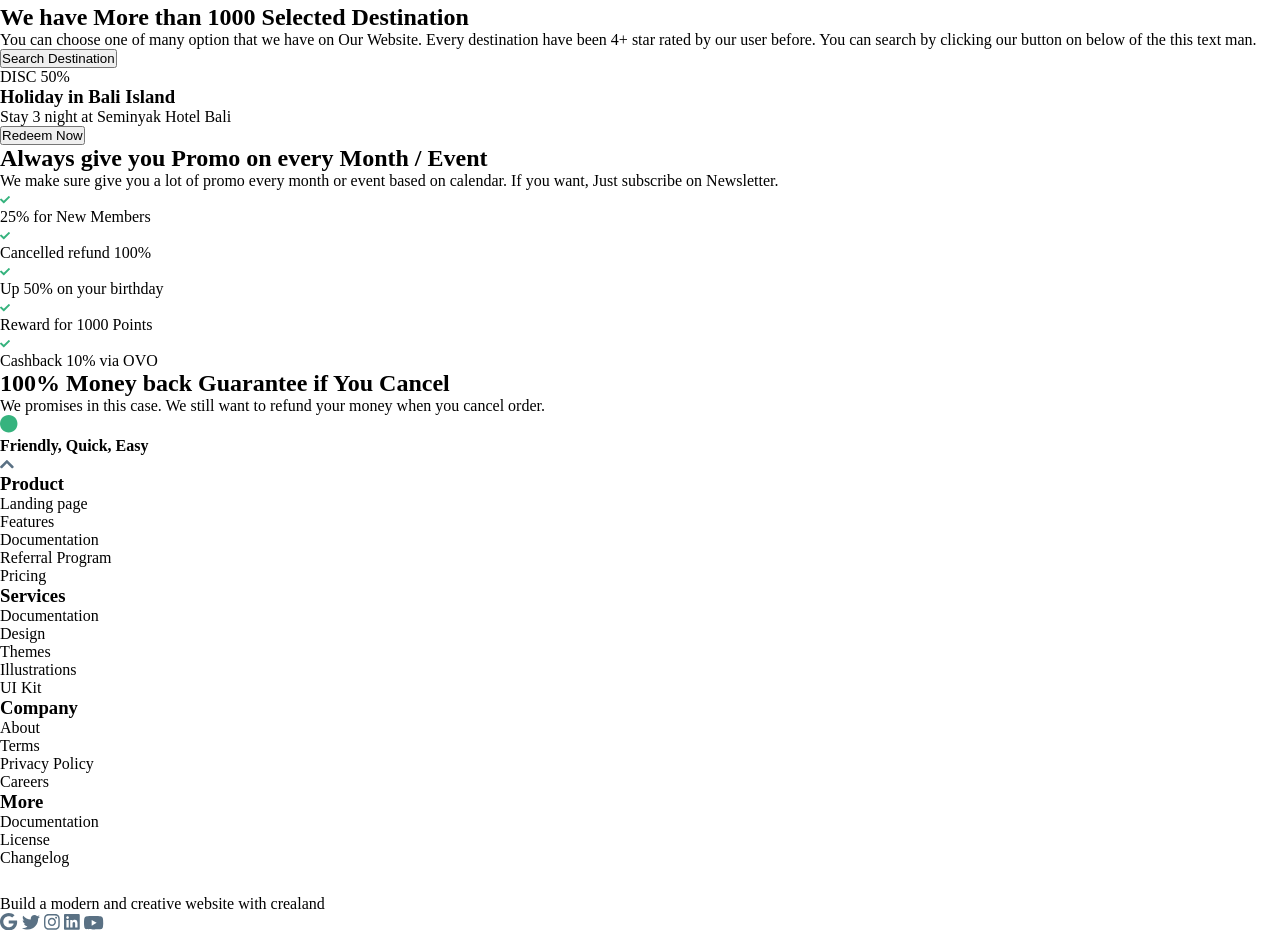
Repository: daviHmoraes/frontcomtailwind
Page: index.html
These files come from the project's save history. The page is drawn as it stood at one moment and after a run of saves; the edit follows.
The browser window is 1280 px wide. The pictures show the part of the page from y = 4276 to 5228 px (the page is 5210 px tall before and 5228 px after).
A picture or video elsewhere on the page could not be fetched, so the positions and the page height are approximate.

Above is the page before, as saved 2026-08-31 18:33:22.

### index.html
<!DOCTYPE html>
<html lang="en">
<head>
    <meta charset="UTF-8">
    <meta name="viewport" content="width=device-width, initial-scale=1.0">
    <title>Ehya - Home Page</title>
    <link rel="stylesheet" href="/css/style.css">
</head>
<body>

    <header>

        <section class="header">
            <img src="/img/Logo.svg" alt="Ehya Company Logo">
            <img src="/img/hamburguer-menu.svg" alt="Hamburguer menu Icon">
        </section>

        <section class="hero">

            <div class="hero-content">
                <h1>
                    Start Exploring to
                    Find Inner Peace
                    by Traveling
                </h1>

                <p>
                    Lost yourself with Vacation and
                    Travel into the place that you never
                    visit before. We have thousand
                    places in our database for you.
                </p>
            </div>

            <div class="form-card">

                <img src="/img/background-image.png" alt="Beach Background Image">

                <h2>
                    You can start search here
                </h2>

                <p>
                    Find thousand destination for travelling
                    with best prices. Apply “EHYA50” Code
                    on Payment Process.
                </p>

                <form>
                    <label for="where">Where</label><br>
                    <input type="text" id="where" name="where"><br>

                    <label for="checkin">Check In</label><br>
                    <input type="date" id="checkin" name="checkin"><br>

                    <label for="checkout">Check Out</label><br>
                    <input type="date" id="checkout" name="checkout"><br>

                    <label for="guests">Guests</label><br>
                    <input type="text" id="guests" name="guests"><br>

                    <input type="submit" id="submit">
                </form>
            </div>

            <img src="/img/circle.svg" alt="Circle Around the Arrow Icon">
            <img src="/img/south-arrow.svg" alt="South Pointing Arrow">

        </section>
    </header>

    <main>

        <section class="benefits">
            <h2>
                Travelya Benefit
                for User
            </h2>

            <p>
                We are self-service data analytics
                software that lets you create visually
                appealing data visualizations and
                insightful dashboards in minutes.
            </p>

            <div class="cards">
                <div class="card">
                    <img src="/img/card-icon/cheap-icon.svg" alt="Label Icon">

                    <div class="card-content">
                        <h3>
                            Cheap than Other
                        </h3>
                        <p>
                            Travelya is cheaper than other
                            travel agency.
                        </p>
                    </div>
                </div>

                <div class="card">
                    <img src="/img/card-icon/secure-icon.png" alt="Shield Icon">

                    <div class="card-content">
                        <h3>
                            Secure Payment
                        </h3>
                        <p>
                            You can pay your book without
                            doubt again.
                        </p>
                    </div>
                </div>

                <div class="card">
                    <img src="/img/card-icon/free-icon.svg" alt="AC Icon">

                    <div class="card-content">
                        <h3>
                            Free Amenities
                        </h3>
                        <p>
                            We guarantee you can give free amenities wherever
                            you are.
                        </p>
                    </div>
                </div>

                <div class="card">
                    <img src="/img/card-icon/top-icon.svg" alt="Crown Icon">

                    <div class="card-content">
                        <h3>
                            Top Rated
                        </h3>
                        <p>
                            Only show best destination
                            with 1000+ super review user
                        </p>
                    </div>
                </div>

                <div class="card">
                    <img src="/img/card-icon/best-icon.svg" alt="Medal Icon">

                    <div class="card-content">
                        <h3>
                            Best Offers
                        </h3>
                        <p>
                            Inform you about all best
                            offers for all destination
                        </p>
                    </div>
                </div>

                <div class="card">
                    <img src="/img/card-icon/easy-icon.svg" alt="Like Icon">

                    <div class="card-content">
                        <h3>
                            Easy Book
                        </h3>
                        <p>
                            Follow flow, Click, Pay. Wait.
                            Just wait e-ticket
                        </p>
                    </div>
                </div>

                <div class="card">
                    <img src="/img/card-icon/refund-icon.svg" alt="Hands Shell Icon">

                    <div class="card-content">
                        <h3>
                            Fast Refund
                        </h3>
                        <p>
                            If you canceled. We can refund
                            your money 1x12
                        </p>
                    </div>
                </div>

                <div class="card">
                    <img src="/img/card-icon/support-icon.svg" alt="Headphone Icon">

                    <div class="card-content">
                        <h3>
                            24/7 Support
                        </h3>
                        <p>
                            We’re ready help you anytime
                            and anywhere you are.
                        </p>
                    </div>
                </div>
            </div>
        </section>

        <section class="popular-destinations">
            <h2>
                Popular Destinations
            </h2>

            <div class="destinations">
                <div class="destination">
                    <img src="/img/destinations/venice.png" alt="Aerial Footage of Venice - Italy">
                    <h3>
                        Venice, Italy
                    </h3>
                    <p>
                        Travelling into the popular river in Italy
                    </p>
                    <button class="see-offers">
                        See Offers
                    </button>
                </div>

                <div class="destination">
                    <img src="/img/destinations/paris.png" alt="Aerial Footage of Paris - France">
                    <h3>
                        Paris, France
                    </h3>
                    <p>
                        Romance in popular world landmark
                    </p>
                    <button class="see-offers">
                        See Offers
                    </button>
                </div>

                <div class="destination">
                    <img src="/img/destinations/bali.png" alt="Aerial Footage of Bali - Indonesia">
                    <h3>
                        Bali, Indonesia
                    </h3>
                    <p>
                        See best sunset ver in the world
                    </p>
                    <button class="see-offers">
                        See Offers
                    </button>
                </div>

                <div class="destination">
                    <img src="/img/destinations/bali.png" alt="Aerial Footage of Santorini - Greece">
                    <h3>
                        Santorini, Greece
                    </h3>
                    <p>
                        Visit the 1000 Gods Country
                    </p>
                    <button class="see-offers">
                        See Offers
                    </button>
                </div>
            </div>

            <div class="see-offers">
                <a href="#">See All Offers</a>
                <img src="/img/east-arrow.svg" alt="East Pointing Arrow">
            </div>
        </section>

        <section class="about-travelya">
            <h3>
                ABOUT TRAVELYA
            </h3>

            <h2>
                Everyone Needs Travel. Needs a Holiday.
                Want to Break Free for a While
            </h2>

            <img src="/img/recommended-destination.png" alt="Beach Umbrella Footage">

            <div>
                <img src="/img/search.svg" alt="Search Bloom Icon">
                <p>Recommended Destination</p>
            </div>

            <h2>
                We have More than 1000
                Selected Destination
            </h2>

            <p>
                You can choose one of many option
                that we have on Our Website. Every
                destination have been 4+ star rated
                by our user before. You can search
                by clicking our button on below of
                the this text man.
            </p>

            <button class="search-destination">
                Search Destination
            </button>

            <div class="holiday-card">
                <span class="discount">DISC 50%</span>
                <h3>
                    Holiday in Bali Island
                </h3>
                <p>
                    Stay 3 night at Seminyak Hotel Bali
                </p>
                <button class="redeem-now">Redeem Now</button>
            </div>

            <div class="promo">
                <h2>
                    Always give you Promo
                    on every Month / Event
                </h2>
                <p>
                    We make sure give you a lot of
                    promo every month or event based
                    on calendar. If you want, Just
                    subscribe on Newsletter.
                </p>

                <div class="pros">
                    <img src="/img/pros-icon.svg" alt="Right Simbol Icon">
                    <p>25% for New Members</p>
                </div>

                <div class="pros">
                    <img src="/img/pros-icon.svg" alt="Right Simbol Icon">
                    <p>Cancelled refund 100%</p>
                </div>

                <div class="pros">
                    <img src="/img/pros-icon.svg" alt="Right Simbol Icon">
                    <p>Up 50% on your birthday</p>
                </div>

                <div class="pros">
                    <img src="/img/pros-icon.svg" alt="Right Simbol Icon">
                    <p>Reward for 1000 Points</p>
                </div>

                <div class="pros">
                    <img src="/img/pros-icon.svg" alt="Right Simbol Icon">
                    <p>Cashback 10% via OVO</p>
                </div>
            </div>
        </section>

        <section class="money-back">
            <h2>100% Money back
                Guarantee if You
                Cancel
            </h2>

            <p>
                We promises in this case. We still
                want to refund your money when
                you cancel order.
            </p>

            <div class="faqs">
                <div class="selected-faq">
                    <div class="faq-header">
                        <img src="/img/filled-green-circle.svg" alt="Filled Green Circle">
                        <h4>Friendly, Quick, Easy</h4>
                        <img src="/img/chevron-up.svg" alt="Chevron Pointing Up">
                    </div>
                </div>
            </div>

        </section>

    </main>

    <footer>
        <div class="redirects">
            <article>
                <h3>Product</h3>
                <p>Landing page</p>
                <p>Features</p>
                <p>Documentation</p>
                <p>Referral Program</p>
                <p>Pricing</p>
            </article>

            <article>
                <h3>Services</h3>
                <p>Documentation</p>
                <p>Design</p>
                <p>Themes</p>
                <p>Illustrations</p>
                <p>UI Kit</p>
            </article>

            <article>
                <h3>Company</h3>
                <p>About</p>
                <p>Terms</p>
                <p>Privacy Policy</p>
                <p>Careers</p>
            </article>

            <article>
                <h3>More</h3>
                <p>Documentation</p>
                <p>License</p>
                <p>Changelog</p>
            </article>
        </div>

        <div class="footer-content">
            <img src="/img/logo.svg" alt="Logo da empresa Ehya">

            <p>
                Build a modern and creative website with crealand
            </p>

            <div class="contacts">
                <img src="/img/footer-icons/google.svg" alt="Redirect Contact Google icon">
                <img src="/img/footer-icons/twitter.svg" alt="Redirect Contact Twitter icon">
                <img src="/img/footer-icons/instagram.svg" alt="Redirect Contact Instagram icon">
                <img src="/img/footer-icons/linkedin.svg" alt="Redirect Contact Linkedin icon">
                <img src="/img/footer-icons/youtube.svg" alt="Redirect Contact Youtube icon">
            </div>

        </div>

    </footer>

</body>
</html>

### css/style.css
* {
    margin: 0;
    padding: 0;
    overflow-x: hidden;
}

After the next 5 saves:
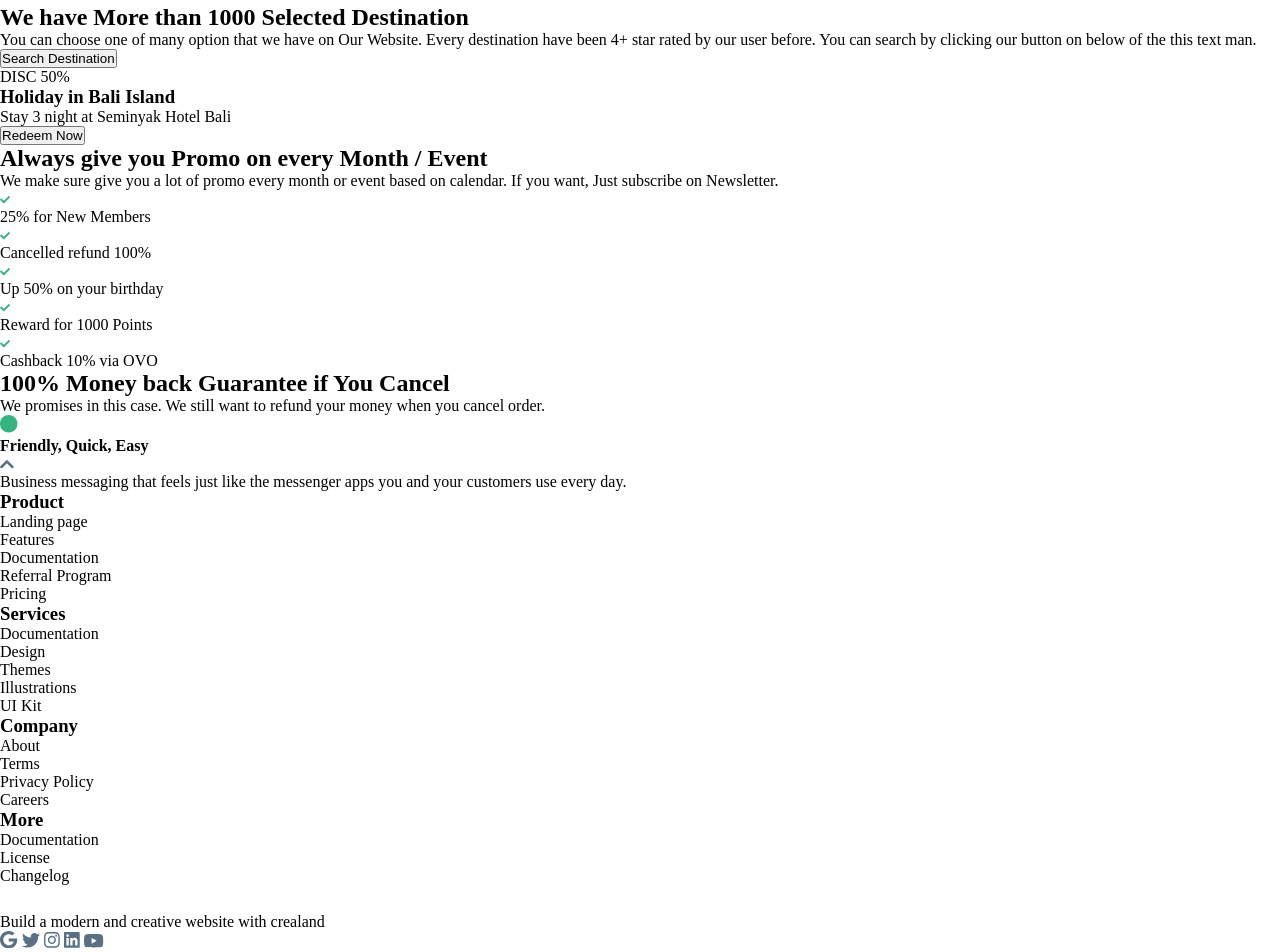
The 5 saves are shown as one change because they came seconds apart.
The last was saved 17 s later.
--- a/index.html
+++ b/index.html
@@ -368,6 +368,11 @@
                         <h4>Friendly, Quick, Easy</h4>
                         <img src="/img/chevron-up.svg" alt="Chevron Pointing Up">
                     </div>
+                    <p>
+                        Business messaging that feels just
+                        like the messenger apps you and
+                        your customers use every day.
+                    </p>
                 </div>
             </div>
 
